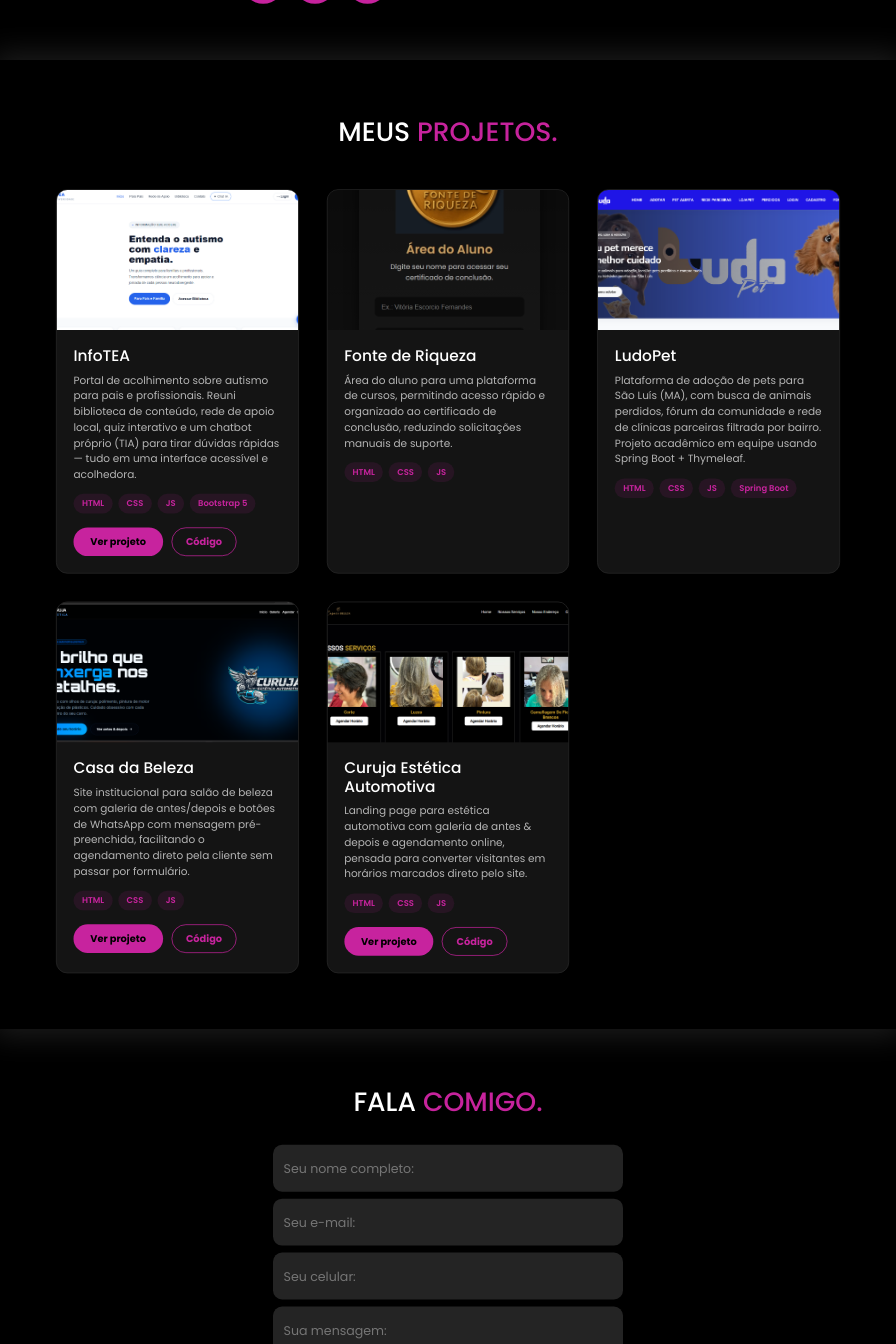
Repository: Vitoria1705/meu-portifolio
Page: index.html
The author's editor kept a copy of each file at every save. The page is drawn from the files as they stood at one save, then again after the next save.
The browser window is 1280 px wide. The pictures show the part of the page from y = 1688 to 3608 px (the page is 4145 px tall), at 70% of full size.
Some web fonts or font styles are not loaded; a fallback is used.

Above is the page before, as saved 2026-07-07 16:03:27.

### index.html
<!DOCTYPE html>
<html lang="pt-br">

<head>
  <meta charset="UTF-8">
  <meta name="viewport" content="width=device-width, initial-scale=1.0">

  <link rel="icon" type="image/svg+xml" href="favicon.svg">

  <!-- SEO BÁSICO -->
  <title>Vitória Escorcio | Desenvolvimento Web & UX Design</title>
  <meta name="description" content="Desenvolvedora web e UX Designer. Crio sites modernos, responsivos e funcionais que unem design, tecnologia e propósito.">
  <meta name="keywords" content="desenvolvimento web, UX design, front-end, sites responsivos, São Luís MA, Vitória Escorcio">
  <meta name="author" content="Vitória Escorcio">

  <!-- OPEN GRAPH (compartilhamento em redes sociais) -->
  <meta property="og:title" content="Vitória Escorcio | Desenvolvimento Web & UX Design">
  <meta property="og:description" content="Construindo experiências digitais que unem design, tecnologia e propósito.">
  <meta property="og:image" content="images/foto.jpeg">
  <meta property="og:type" content="website">
  <meta property="og:url" content="https://vitoria1705.github.io/">

  <!-- GOOGLE FONTS-->
  <link rel="preconnect" href="https://fonts.googleapis.com">
  <link rel="preconnect" href="https://fonts.gstatic.com" crossorigin>
  <link
    href="https://fonts.googleapis.com/css2?family=Nata+Sans:wght@100..900&family=Poppins:ital,wght@0,100;0,200;0,300;0,400;0,500;0,600;0,700;0,800;0,900;1,100;1,200;1,300;1,400;1,500;1,600;1,700;1,800;1,900&family=Roboto:ital,wght@0,100..900;1,100..900&display=swap"
    rel="stylesheet">
  <!-- FIM GOOGLE FONTS -->

  <!-- BOOTSTRAP CSS -->
  <link rel="stylesheet" href="https://stackpath.bootstrapcdn.com/bootstrap/4.1.3/css/bootstrap.min.css">

  <!-- BOOTSTRAP ICONS -->
  <link rel="stylesheet" href="https://cdn.jsdelivr.net/npm/bootstrap-icons@1.10.5/font/bootstrap-icons.css">

  <!-- GOOGLE ANALYTICS -->
  <script async src="https://www.googletagmanager.com/gtag/js?id=G-ZFM96BX09X"></script>
  <script>
    window.dataLayer = window.dataLayer || [];
    function gtag(){dataLayer.push(arguments);}
    gtag('js', new Date());
    gtag('config', 'G-ZFM96BX09X');
  </script>

  <link rel="stylesheet" href="style.css">

  <script src="menu.js" defer></script>
</head>

<body>

  <header>
    <div class="interface">
      <div class="logo">
        <a href="#inicio">
          <img src="images/logoVE.png" alt="Logo Vitória Escorcio" width="120" style="border-radius: 15px;">
        </a>
      </div><!--logo-->

      <nav class="menu-desktop">
        <ul>
          <li><a href="#inicio">Inicio</a></li>
          <li><a href="#especialidades">Especialidades</a></li>
          <li><a href="#sobre">Sobre</a></li>
          <li><a href="#projetos">Projetos</a></li>
        </ul>
      </nav>

      <div class="btn-contato">
        <a href="#contato">
          <button>Contato</button>
        </a>
      </div><!--btn-contato-->

      <div class="btn-abrir-menu" id="btn-menu">
        <i class="bi bi-list"></i>
      </div>

      <div class="menu-mobile" id="menu-mobile">
        <div class="btn-fechar">
          <i class="bi bi-x-lg"></i>
        </div>

        <nav>
          <ul>
            <li><a href="#inicio">Início</a></li>
            <li><a href="#especialidades">Especialidades</a></li>
            <li><a href="#sobre">Sobre</a></li>
            <li><a href="#projetos">Projetos</a></li>
            <li><a href="#contato">Contato</a></li>
          </ul>
        </nav>
      </div>

      <div class="overlay-menu" id="overlay-menu"></div>

    </div><!--interface-->
  </header>

  <main>
    <section id="inicio" class="topo-do-site">
      <div class="interface">
        <div class="flex">
          <div class="txt-topo-site">
            <h1>CONSTRUINDO EXPERIÊNCIAS DIGITAIS QUE UNEM DESIGN, TECNOLOGIA E PROPÓSITO<span>.</span></h1>
            <p>Soluções pensadas para impressionar visualmente, funcionar com fluidez e gerar resultados reais.</p>
            <div class="btn-contato">
              <a href="#contato">
                <button>Entre em contato</button>
              </a>
            </div>
          </div><!--txt-topo-do-site-->

          <div class="img-topo-site">
            <img src="images/foto.jpeg" alt="Vitória Escorcio sorrindo, foto de perfil" class="foto-hero">
          </div><!--img-topo-do-site-->
        </div><!--flex-->
      </div><!--interface-->
    </section><!--topo-do-site-->

    <section id="especialidades" class="especialidades">
      <div class="interface">
        <h2 class="titulo">MINHAS <span>ESPECIALIDADES.</span></h2>
        <div class="flex">
          <div class="especialidades-box">
            <i class="bi bi-code-square"></i>
            <h3>Website</h3>
            <p>Desenvolvo sites modernos, responsivos e otimizados, unindo criatividade ao conhecimento técnico em
              programação. Meu objetivo é transformar ideias em páginas funcionais, seguras e com design atrativo,
              proporcionando uma experiência única para o usuário.</p>
          </div><!--especialidades-box-->
          <div class="especialidades-box">
            <i class="bi bi-vector-pen"></i>
            <h3>UX Design</h3>
            <p>Utilizo técnicas e metodologias de UX Design para criar experiências digitais funcionais e agradáveis.
              Minha abordagem foca em compreender o usuário, estruturar jornadas eficientes e desenvolver interfaces que
              unem estética com facilidade de uso, garantindo maior retenção, engajamento e resultados reais.</p>
          </div><!--especialidades-box-->
          <div class="especialidades-box">
            <i class="bi bi-bar-chart-line"></i>
            <h3>Análise e Estruturação de Dados</h3>
            <p>Organizo, analiso e interpreto dados para gerar insights e melhorar processos. Tenho experiência com
              bancos de dados, relatórios e ferramentas digitais, criando estruturas claras que facilitam a tomada de
              decisão.</p>
          </div><!--especialidades-box-->
        </div><!--flex-->
      </div><!--interface-->
    </section><!--especialidades-->

    <section id="sobre" class="sobre">
      <div class="interface">
        <div class="flex">
          <div class="img-sobre">
            <img src="images/foto.jpeg" alt="Vitória Escorcio, desenvolvedora e UX Designer" class="foto-sobre">
          </div><!--img-sobre-->

          <div class="txt-sobre">
            <h2>MUITO PRAZER, <span>SOU VITÓRIA ESCORCIO.</span></h2>
            <p>Sou estudante de Engenharia de Computação, atualmente no 4º período. Apaixonada por tecnologia e
              inovação, busco sempre aprender e aplicar meus conhecimentos em projetos que unem criatividade, lógica e
              resultados.</p>
            <p>Tenho facilidade em me comunicar, trabalhar em equipe e buscar soluções práticas para desafios reais. Meu
              objetivo é evoluir constantemente, aliando teoria e prática para construir uma carreira sólida na área de
              tecnologia.</p>

            <div class="btn-social">
              <!-- Instagram -->
              <a href="https://www.instagram.com/fernanescor?utm_source=ig_web_button_share_sheet&igsh=ZDNlZDc0MzIxNw==" target="_blank" aria-label="Instagram">
                <button><i class="bi bi-instagram"></i></button>
              </a>

              <!-- WhatsApp -->
              <a href="https://wa.me/98984838902" target="_blank" aria-label="WhatsApp">
                <button><i class="bi bi-whatsapp"></i></button>
              </a>

              <!-- LinkedIn -->
              <a href="https://www.linkedin.com/in/vit%C3%B3ria-escorcio-82a314301" target="_blank" aria-label="LinkedIn">
                <button><i class="bi bi-linkedin"></i></button>
              </a>
            </div>
          </div><!--txt-sobre-->
        </div><!--flex-->
      </div><!--interface-->
    </section><!--sobre-->

    <section id="projetos" class="portfolio">
      <div class="interface">
        <h2 class="titulo">MEUS <span>PROJETOS.</span></h2>
        <div class="portfolio-grid">

          <div class="projeto-card">
            <div class="projeto-img" style="background-image: url(images/projeto1.jpeg);" role="img" aria-label="Tela inicial do site InfoTEA"></div>
            <div class="projeto-info">
              <h3>InfoTEA</h3>
              <p>Portal de acolhimento sobre autismo para pais e profissionais. Reuni biblioteca de conteúdo, rede
                de apoio local, quiz interativo e um chatbot próprio (TIA) para tirar dúvidas rápidas — tudo em uma
                interface acessível e acolhedora.</p>
              <div class="projeto-tags">
                <span>HTML</span><span>CSS</span><span>JS</span><span>Bootstrap 5</span>
              </div>
              <div class="projeto-links">
                <a href="https://vitoria1705.github.io/InfoTEA/" target="_blank" class="btn-ver-projeto">Ver projeto</a>
                <!-- Substitua pelo link real do repositório -->
                <a href="#" target="_blank" class="btn-secundario">Código</a>
              </div>
            </div>
          </div>

          <div class="projeto-card">
            <div class="projeto-img" style="background-image: url(images/projeto2.jpeg);" role="img" aria-label="Área do aluno da plataforma Fonte de Riqueza"></div>
            <div class="projeto-info">
              <h3>Fonte de Riqueza</h3>
              <p>Área do aluno para uma plataforma de cursos, permitindo acesso rápido e organizado ao certificado
                de conclusão, reduzindo solicitações manuais de suporte.</p>
              <div class="projeto-tags">
                <span>HTML</span><span>CSS</span><span>JS</span>
              </div>
            </div>
          </div>

          <div class="projeto-card">
            <div class="projeto-img" style="background-image: url(images/projeto3.png);" role="img" aria-label="Tela inicial da plataforma LudoPet"></div>
            <div class="projeto-info">
              <h3>LudoPet</h3>
              <p>Plataforma de adoção de pets para São Luís (MA), com busca de animais perdidos, fórum da
                comunidade e rede de clínicas parceiras filtrada por bairro. Projeto acadêmico em equipe usando
                Spring Boot + Thymeleaf.</p>
              <div class="projeto-tags">
                <span>HTML</span><span>CSS</span><span>JS</span><span>Spring Boot</span>
              </div>
            </div>
          </div>

          <div class="projeto-card">
            <div class="projeto-img" style="background-image: url(images/projeto4.png);" role="img" aria-label="Site institucional Casa da Beleza"></div>
            <div class="projeto-info">
              <h3>Casa da Beleza</h3>
              <p>Site institucional para salão de beleza com galeria de antes/depois e botões de WhatsApp com
                mensagem pré-preenchida, facilitando o agendamento direto pela cliente sem passar por formulário.</p>
              <div class="projeto-tags">
                <span>HTML</span><span>CSS</span><span>JS</span>
              </div>
              <div class="projeto-links">
                <a href="https://vitoria1705.github.io/salao-casa-da-beleza/" target="_blank" class="btn-ver-projeto">Ver projeto</a>
                <a href="#" target="_blank" class="btn-secundario">Código</a>
              </div>
            </div>
          </div>

          <div class="projeto-card">
            <div class="projeto-img" style="background-image: url(images/projeto5.png);" role="img" aria-label="Landing page Curuja Estética Automotiva"></div>
            <div class="projeto-info">
              <h3>Curuja Estética Automotiva</h3>
              <p>Landing page para estética automotiva com galeria de antes &amp; depois e agendamento online,
                pensada para converter visitantes em horários marcados direto pelo site.</p>
              <div class="projeto-tags">
                <span>HTML</span><span>CSS</span><span>JS</span>
              </div>
              <div class="projeto-links">
                <a href="https://coruja-est-tica-auto-spa.vercel.app/" target="_blank" class="btn-ver-projeto">Ver projeto</a>
                <a href="#" target="_blank" class="btn-secundario">Código</a>
              </div>
            </div>
          </div>

        </div><!--portfolio-grid-->
      </div><!--interface-->
    </section><!--portfolio-->

    <section id="contato" class="formulario">
      <div class="interface">
        <h2 class="titulo">FALA <span>COMIGO.</span></h2>
        <form id="form-contato">

          <input type="text" name="nome" id="campo-nome" placeholder="Seu nome completo:" required>
          <input type="email" name="email" id="campo-email" placeholder="Seu e-mail:" required>
          <input type="text" name="celular" id="campo-celular" placeholder="Seu celular:">
          <textarea name="mensagem" id="campo-mensagem" placeholder="Sua mensagem:" required></textarea>

          <div class="btn-enviar">
            <input type="submit" value="ENVIAR">
          </div>
        </form>
        <script>
          document.getElementById('form-contato').addEventListener('submit', function (e) {
            e.preventDefault();

            const nome = document.getElementById('campo-nome').value;
            const email = document.getElementById('campo-email').value;
            const celular = document.getElementById('campo-celular').value;
            const mensagem = document.getElementById('campo-mensagem').value;

            const texto =
              `Olá, meu nome é ${nome}.%0A` +
              `E-mail: ${email}%0A` +
              (celular ? `Celular: ${celular}%0A` : '') +
              `Mensagem: ${mensagem}`;

            // Substitua pelo seu número no formato: código do país + DDD + número (sem espaços/símbolos)
            const numeroWhatsapp = '5598984838902';

            window.open(`https://wa.me/${numeroWhatsapp}?text=${texto}`, '_blank');
          });
        </script>
      </div><!--interface-->
    </section><!--formulario-->

  </main>

  <!-- BOTÃO FLUTUANTE DE WHATSAPP -->
  <a href="https://wa.me/98984838902" target="_blank" class="whatsapp-float" aria-label="Falar no WhatsApp">
    <i class="bi bi-whatsapp"></i>
  </a>

  <footer>
    <div class="interface">
      <div class="line-footer">
        <div class="flex">
          <div class="logo-footer">
            <img src="images/logoVE.png" width="120" alt="Logo Vitória Escorcio" style="border-radius: 15px;">
          </div><!--logo-footer-->
          <div class="btn-social">
            <a href="https://www.instagram.com/fernanescor?utm_source=ig_web_button_share_sheet&igsh=ZDNlZDc0MzIxNw==" target="_blank" aria-label="Instagram">
              <button><i class="bi bi-instagram"></i></button>
            </a>
            <a href="https://wa.me/98984838902" target="_blank" aria-label="WhatsApp">
              <button><i class="bi bi-whatsapp"></i></button>
            </a>
            <a href="https://www.linkedin.com/in/vit%C3%B3ria-escorcio-82a314301" target="_blank" aria-label="LinkedIn">
              <button><i class="bi bi-linkedin"></i></button>
            </a>
          </div><!--btn-social-->
        </div>
      </div><!--line-footer-->

      <div class="line-footer borda">
        <p><i class="bi bi-envelope-fill"></i> <a href="mailto:escorcio545@gmail.com">escorcio545@gmail.com</a></p>
      </div><!--line-footer-->
    </div><!--interface-->
  </footer>

</body>
</html>

Loaded but not shown: menu.js (49 lines, source omitted); style.css (587 lines, source omitted)

After the next save:
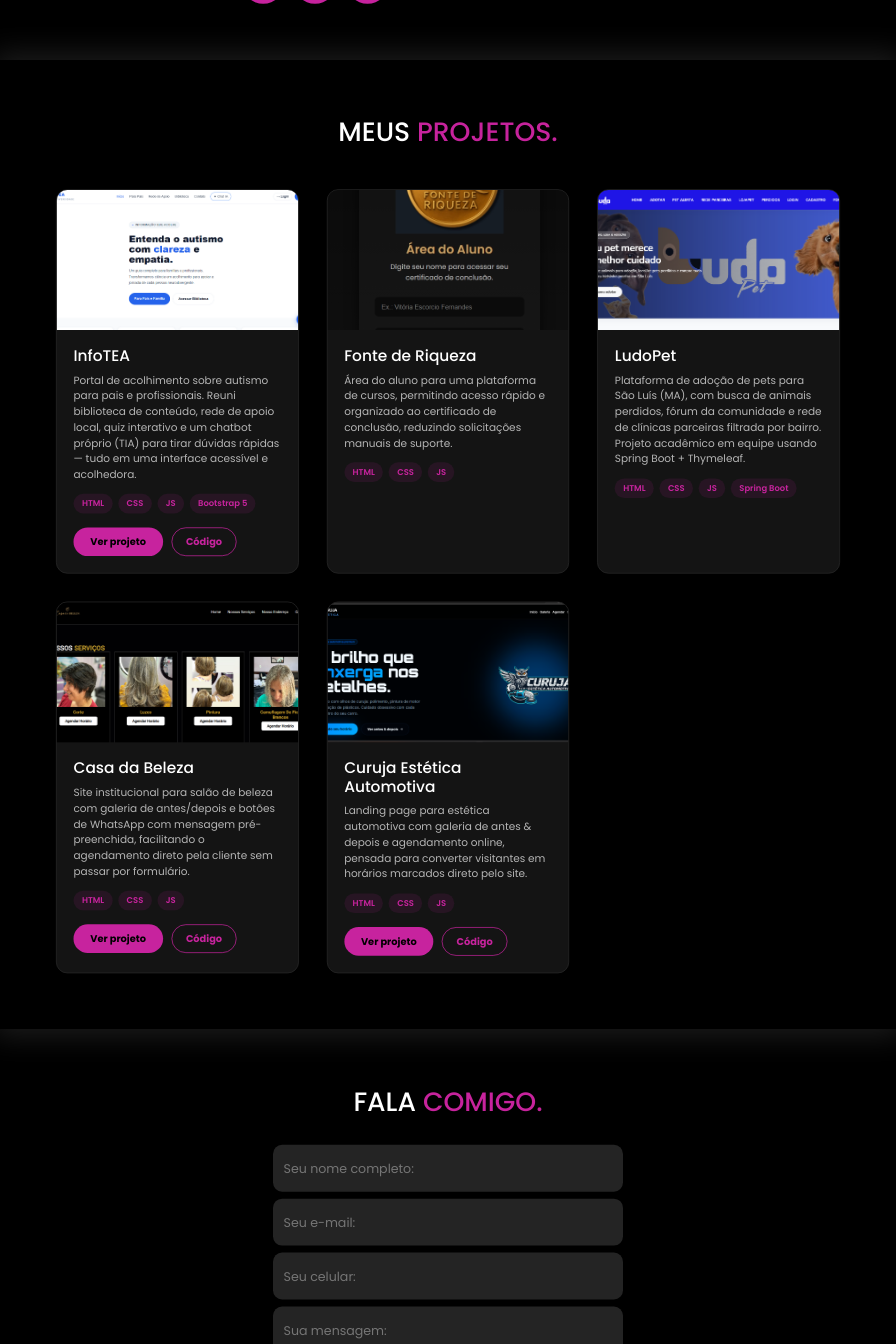
Saved 118 s later.
--- a/index.html
+++ b/index.html
@@ -234,7 +234,7 @@
           </div>
 
           <div class="projeto-card">
-            <div class="projeto-img" style="background-image: url(images/projeto4.png);" role="img" aria-label="Site institucional Casa da Beleza"></div>
+            <div class="projeto-img" style="background-image: url(images/projeto5.png);" role="img" aria-label="Site institucional Casa da Beleza"></div>
             <div class="projeto-info">
               <h3>Casa da Beleza</h3>
               <p>Site institucional para salão de beleza com galeria de antes/depois e botões de WhatsApp com
@@ -250,7 +250,7 @@
           </div>
 
           <div class="projeto-card">
-            <div class="projeto-img" style="background-image: url(images/projeto5.png);" role="img" aria-label="Landing page Curuja Estética Automotiva"></div>
+            <div class="projeto-img" style="background-image: url(images/projeto4.png);" role="img" aria-label="Landing page Curuja Estética Automotiva"></div>
             <div class="projeto-info">
               <h3>Curuja Estética Automotiva</h3>
               <p>Landing page para estética automotiva com galeria de antes &amp; depois e agendamento online,
